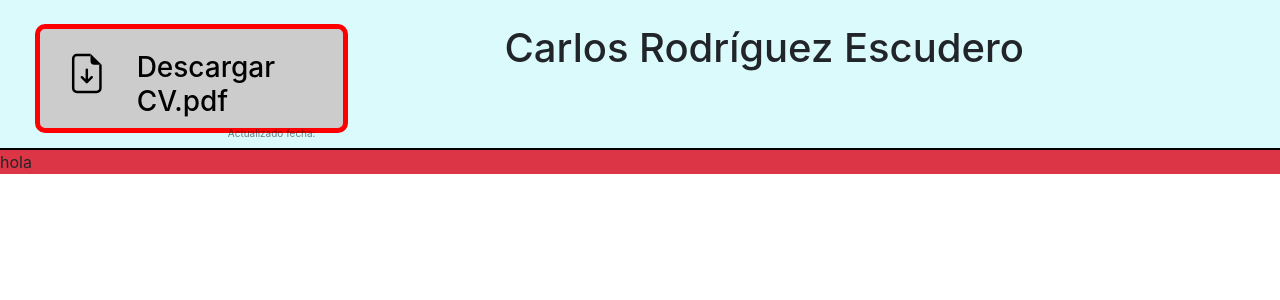
Repository: CarlosRoEs/CarlosWebCV
Page: index.html
These files come from the project's save history. The page is drawn as it stood at one moment and after a run of saves; the edit follows.
The browser window is 1280 px wide. The pictures show the whole page.
The style sheet was rebuilt from its Sass, Less or Tailwind sources for each picture, by a compiler version that may differ from the author's.

Above is the page before, as saved 2020-09-15 16:30:28.

After the next 5 saves:
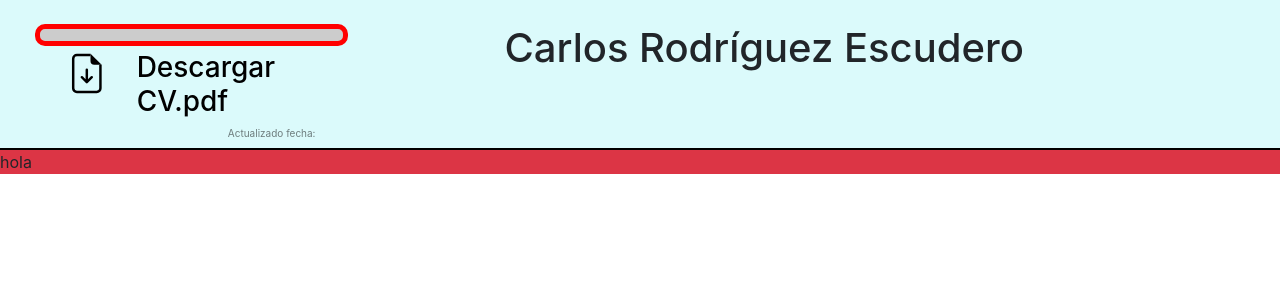
The 5 saves are shown as one change because they came seconds apart.
The last was saved 13 s later.
--- a/Sass/header.scss
+++ b/Sass/header.scss
@@ -3,7 +3,9 @@
     padding: 0px;
 }
 
-
+#header{
+    height: 20px;
+}
 
 #row-header {
     height: 150px;
